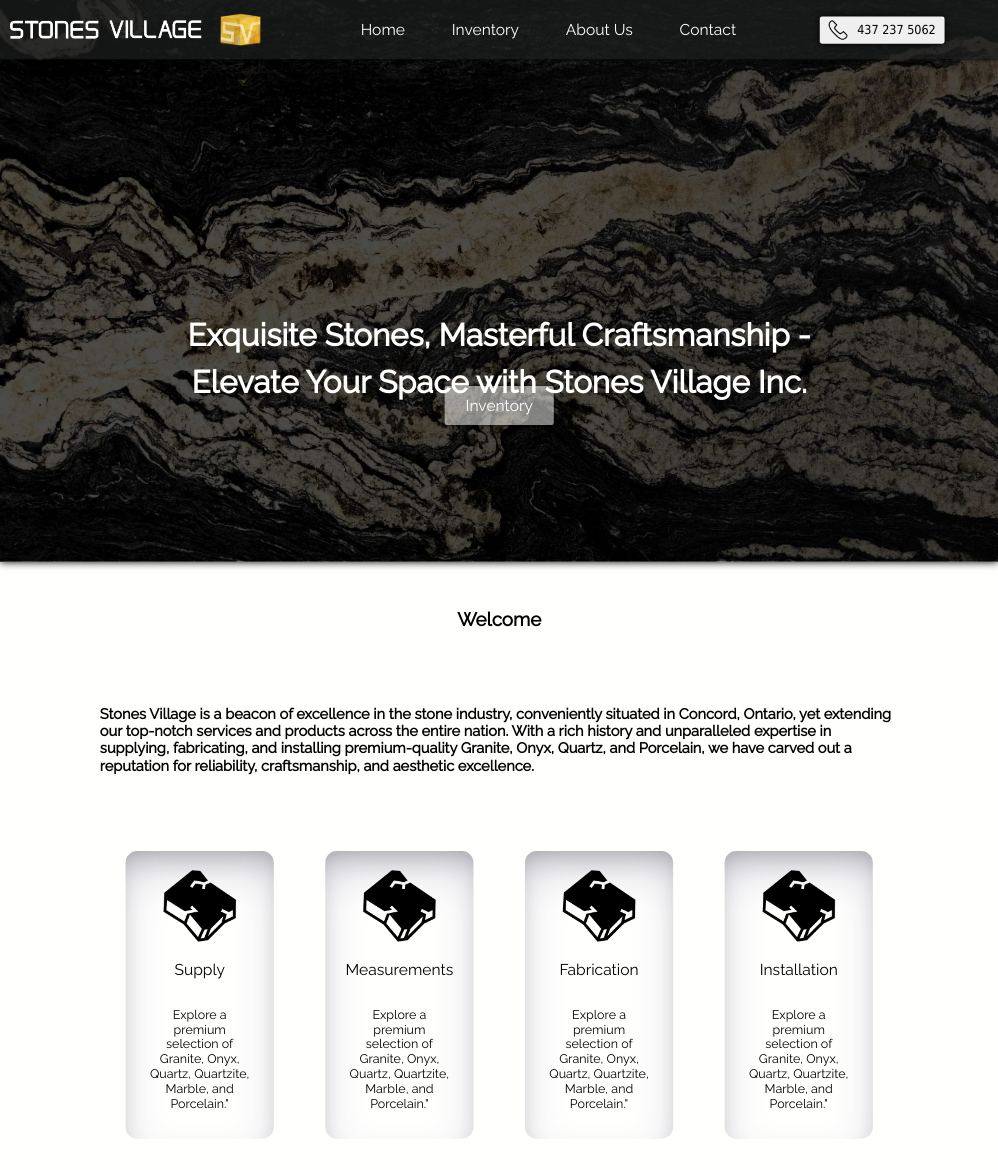
Repository: shayanabedi98/Stones-Village
Page: index.html
An editor plug-in stored every save of this project. The page is shown before and after the next save, followed by the edit.
The browser window is 1280 px wide. The pictures show the whole page, at 78% of full size.
Backgrounds fixed to the window are drawn as part of the page.

Above is the page before, as saved 2023-10-22 17:00:25.

After the next save:
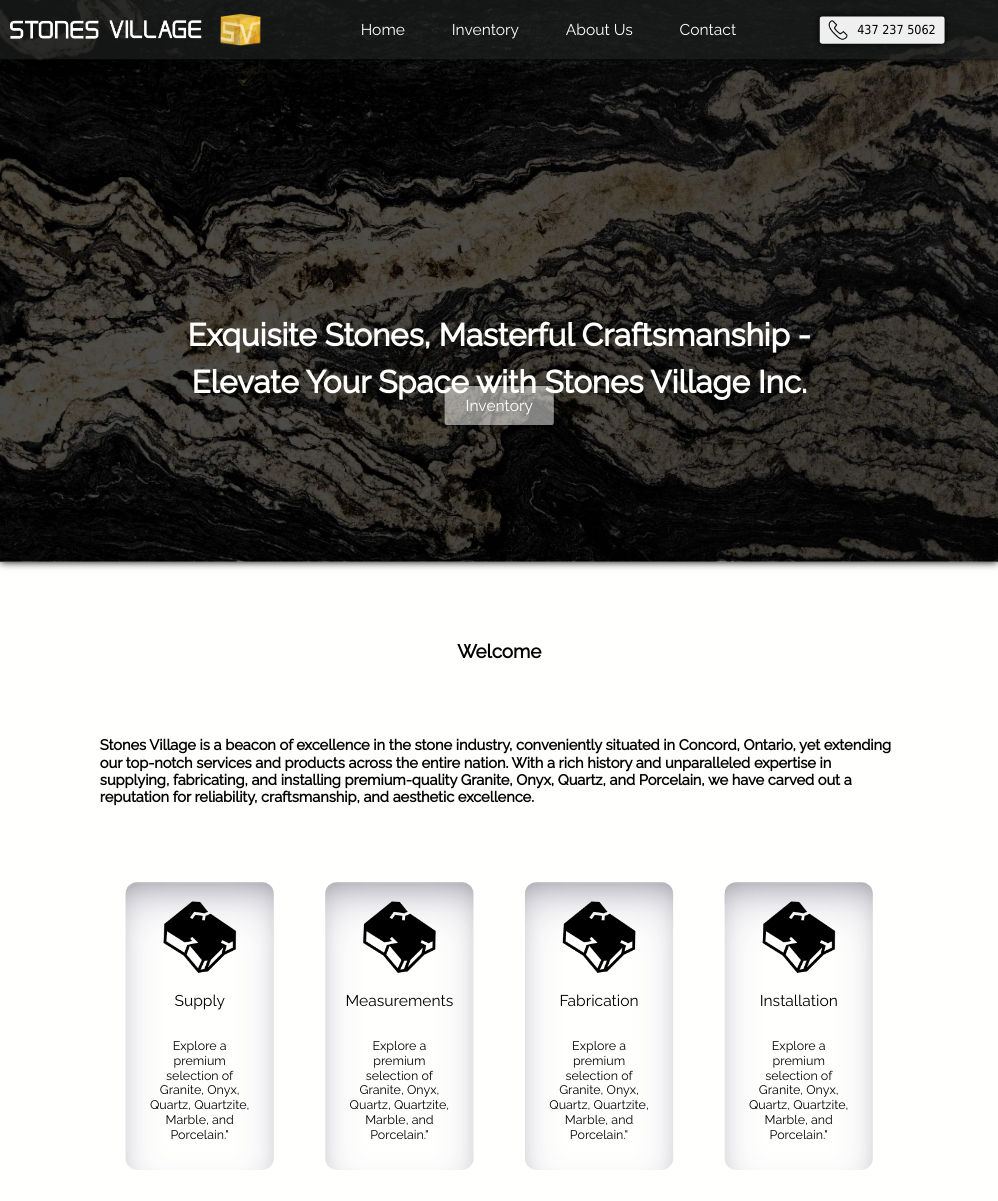
Saved 39 s later.
--- a/styles.css
+++ b/styles.css
@@ -151,6 +151,10 @@ body {
     transition: 0.3s;
 }
 
+.services-container, .card-container {
+    margin: 40px auto;
+}
+
 .services-container {
     display: grid;
     grid-template-rows: 1fr 1fr;
@@ -159,9 +163,7 @@ body {
     width: 80%;
 }
 
-.services-container, .card-container {
-    margin: 40px auto;
-}
+
 
 .services-container h2, h3 {
     display: grid;
